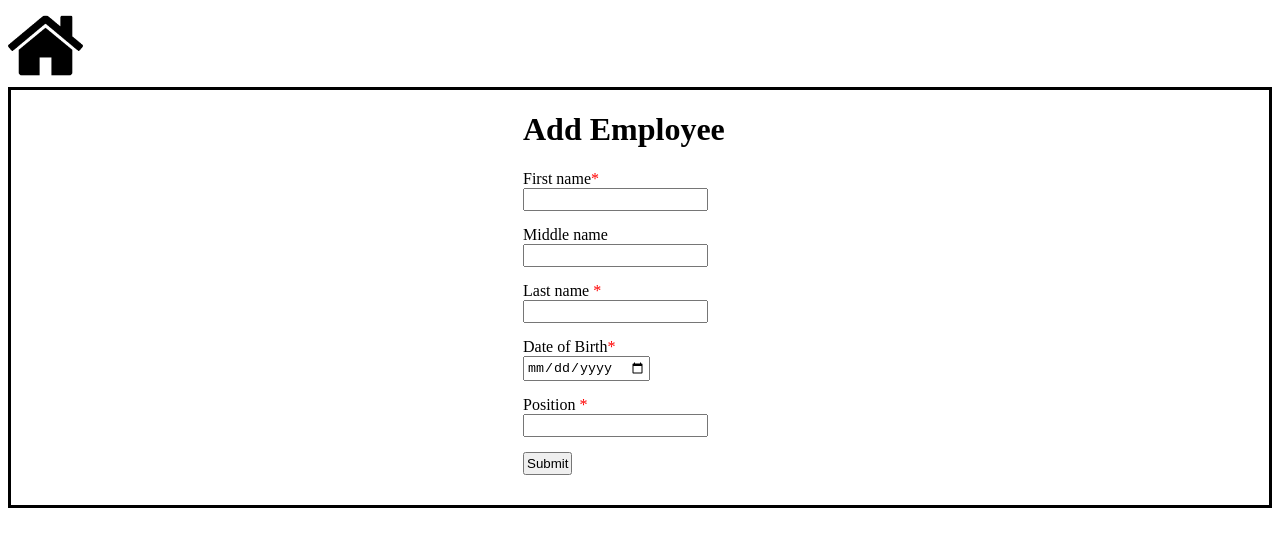
Repository: ticross18/SpringBootEmployeeSystem
Page: EmploymentSystem/src/main/resources/static/addEmp.html
These files come from the project's save history. The page is drawn as it stood at one moment and after the next save; the edit follows.
The browser window is 1280 px wide. The pictures show the whole page.

Above is the page before, as saved 2022-05-18 17:11:16.

After the next save:
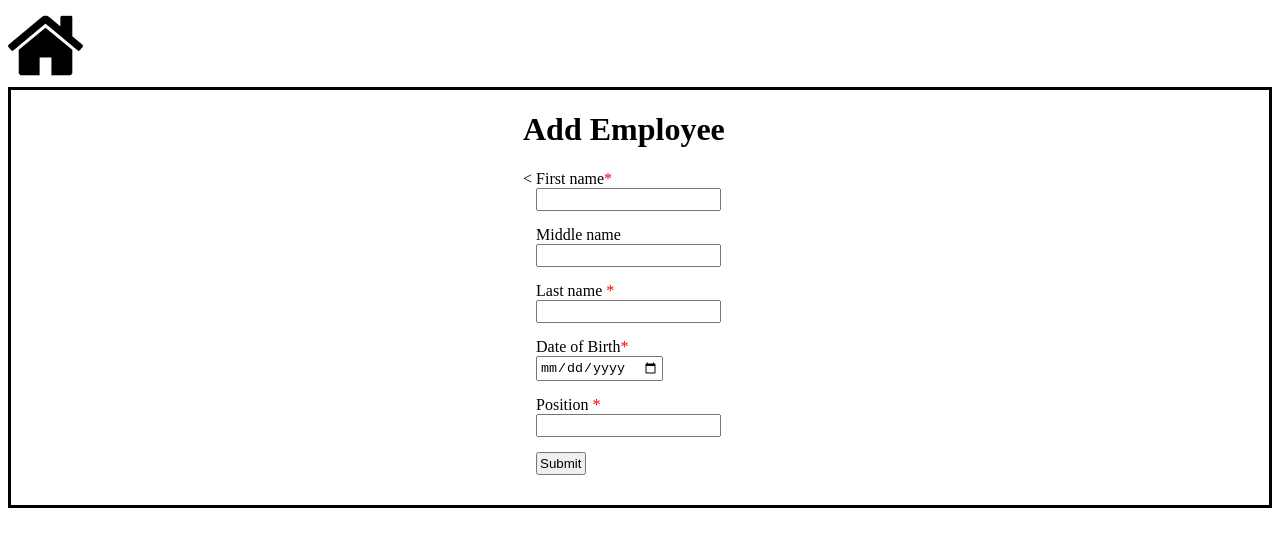
Saved 113 s later.
--- a/EmploymentSystem/src/main/resources/static/addEmp.html
+++ b/EmploymentSystem/src/main/resources/static/addEmp.html
@@ -16,7 +16,7 @@
 		<h1 id="title">Add Employee</h1>
 
 
-		<form id="userInput">
+		<   <form:form action="register" method="post" modelAttribute="user" id="userInput">
 			<label for="fname">First name<span class="asterisk">*</span> </label><br>
 			<input type="text" id="fname" name="fname"><br>
 			<label for="mname">Middle name</label><br>
